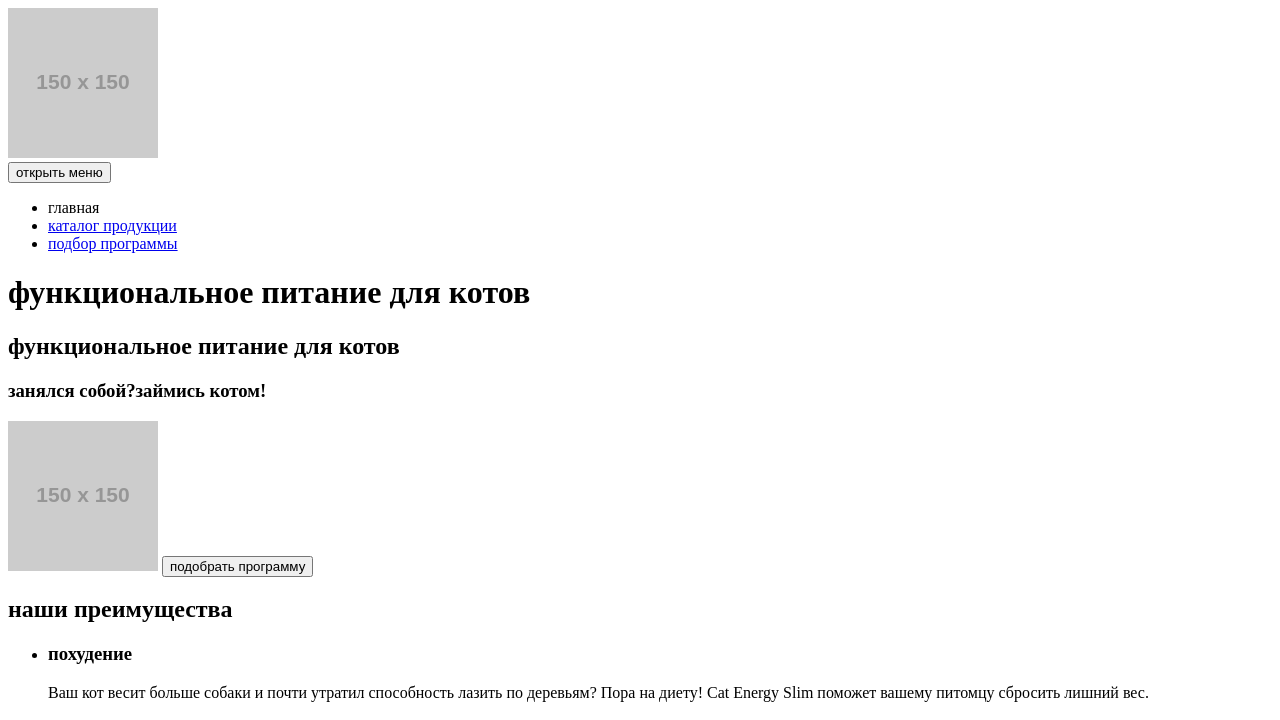
Repository: svetlana2885/1411135-cat-energy-20
Page: source/index.html
An editor plug-in stored every save of this project. The page is shown before and after the next save, followed by the edit.
The browser window is 1280 px wide. The pictures show the whole page.

Above is the page before, as saved 2020-07-18 17:42:54.

After the next save:
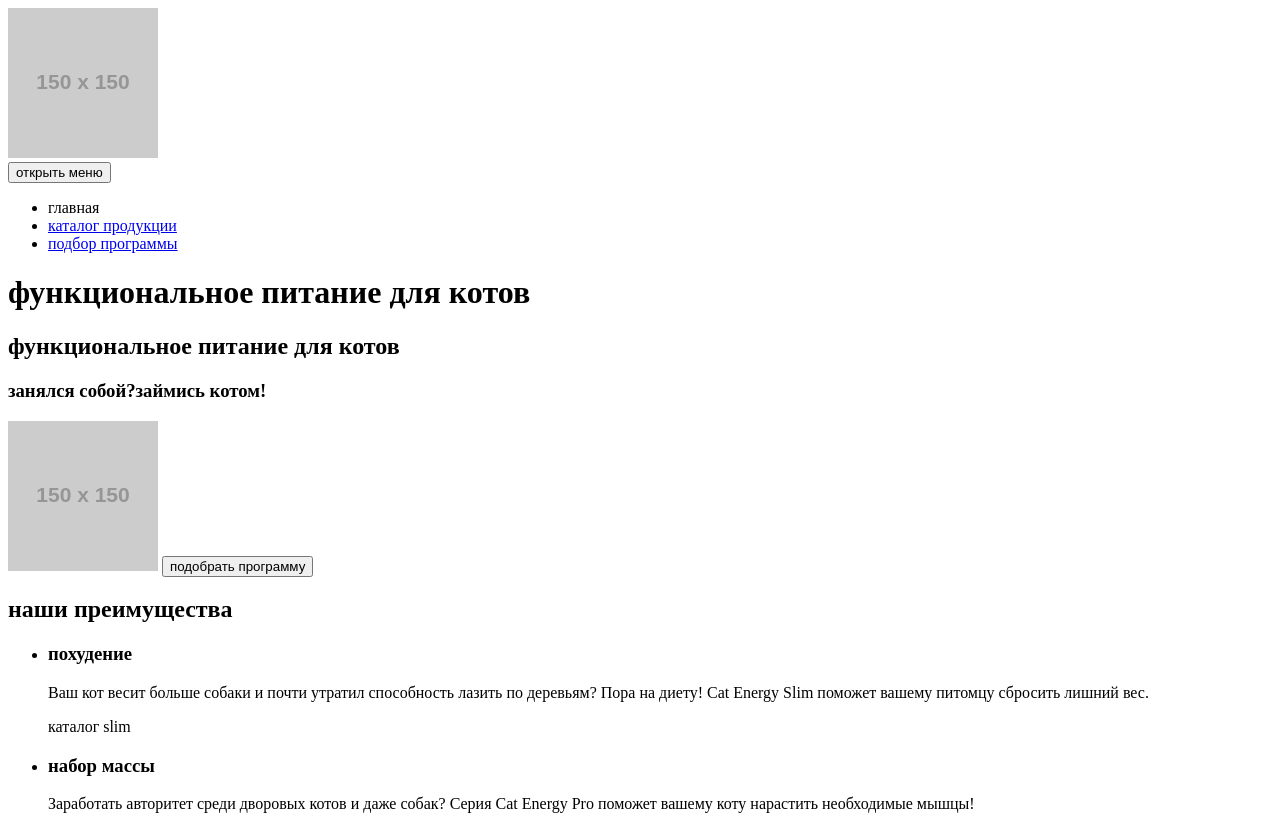
Saved 14 min 38 s later.
--- a/source/index.html
+++ b/source/index.html
@@ -43,11 +43,19 @@
       <section class="advantages">
         <h2 class="visually-hidden">наши преимущества</h2>
         <ul class="advantages-list">
-          <li class="advantages-item advantages-item__fast">
+          <li class="advantages-item advantages-item__slim">
             <h3 class="advantages__title">похудение</h3>
-            <p class="advantages-disc">
+            <p class="advantages-discription">
               Ваш кот весит больше собаки и почти утратил способность лазить по деревьям? Пора на
               диету! Cat Energy Slim поможет вашему питомцу сбросить лишний вес.
+            </p>
+            <a class="advantages__catalog">каталог slim</a>
+          </li>
+          <li class="advantages-item advatages-item__weight">
+            <h3 class="advatages__title">набор массы</h3>
+            <p class="advantages-discription">
+              Заработать авторитет среди дворовых котов и даже собак? Серия Cat Energy Pro поможет
+              вашему коту нарастить необходимые мышцы!
             </p>
           </li>
         </ul>
